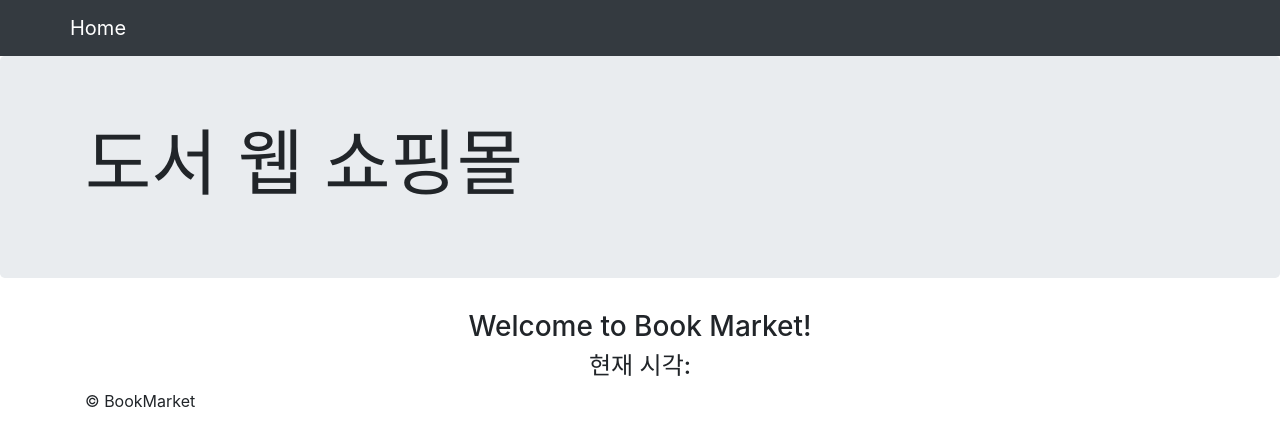
Repository: CheolHo-0428/JSP-Web-Programming
Page: http://localhost/BookMarket/welcome.jsp
These files come from the project's save history. The page is drawn as it stood at one moment and after the next save; the edit follows.
The browser window is 1280 px wide. The pictures show the whole page.
The page is served by Tomcat 9.

Above is the page before, as saved 2021-05-08 07:36:02.

After the next save:
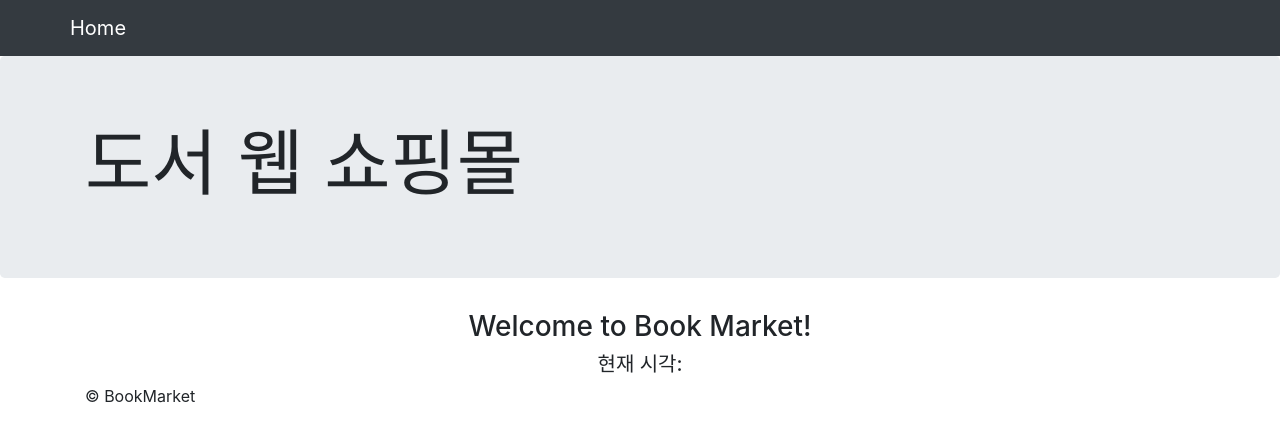
Saved 10 s later.
--- a/BookMarket/src/main/webapp/footer.jsp
+++ b/BookMarket/src/main/webapp/footer.jsp
@@ -19,7 +19,7 @@
 	<div class = "container">
 		<div class = "text-center">
 			<h3><%= tagline %></h3>
-			<h4>현재 시각:</h4>
+			<h5>현재 시각:</h5>
 		</div>
 	</div>
 
